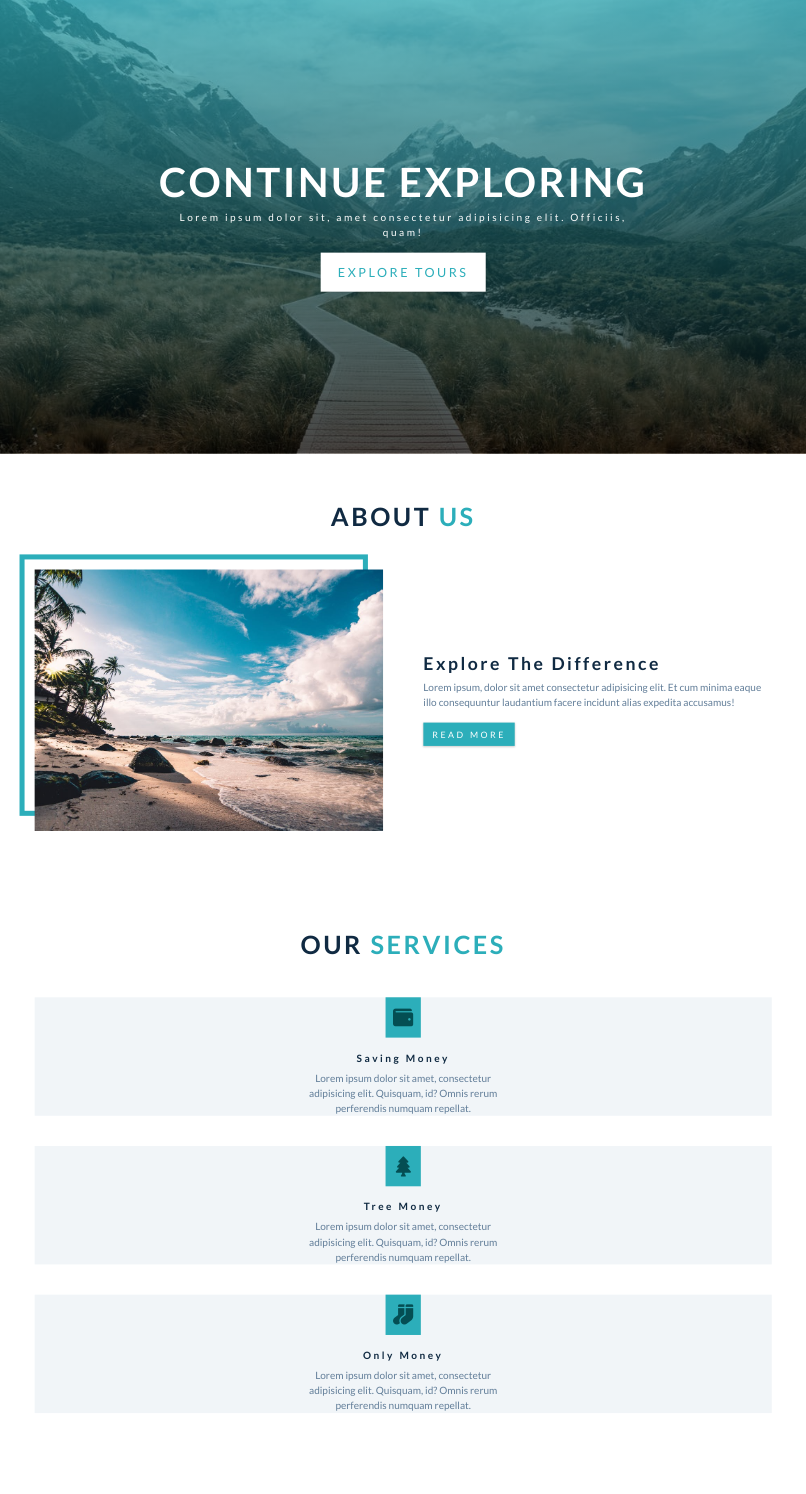
Repository: Ndifoinhilary/flexbox-project
Page: index.html
The author's editor kept a copy of each file at every save. The page is drawn from the files as they stood at one save, then again after the next save.
The browser window is 1280 px wide. The pictures show the whole page, at 63% of full size.

Above is the page before, as saved 2024-01-21 15:13:26.

### index.html
<!DOCTYPE html>
<html lang="en">
  <head>
    <meta charset="UTF-8" />
    <meta name="viewport" content="width=device-width, initial-scale=1.0" />
    <meta http-equiv="X-UA-Compatible" content="ie=edge" />
    <title>Backroads || Tour Company</title>
    <!-- favicon -->
    <link rel="shortcut icon" href="./images/favicon.ico" type="image/x-icon" />
    <!-- font-awesome -->
    <link rel="stylesheet" href="fontawesome-free-5.9.0-web/css/all.min.css" />
    <!-- styles css -->
    <link rel="stylesheet" href="./css/main.css" />
  </head>
  <body>
    <header id="home">
      <!-- nav bar -->
      <!-- end of nav bar -->
  <!-- hero section  -->
  <div class="hero">
    <div class="hero-banner">
      <h1>continue exploring</h1>
      <p>Lorem ipsum dolor sit, amet consectetur adipisicing elit. Officiis, quam!</p>
      <a href="#feature" class="btn hero-btn scroll-link ">explore tours</a>
    </div>
  </div>
   <!-- end of hero section  -->
    </header>
    <!-- end of header -->
   <!-- section -->
    <section class="section" id="about">
      <!-- section title -->
      <div class="section-title">
        <h2>about <span>us</span></h2>
      </div>
            <!-- section title -->
        <div class="section-center about-center">
          <!-- about image wrapper -->
          <article class="about-img">
            <img src="./images/about.jpeg"  class="about-photo" alt="awesome">
          </article>
          <!-- about infor -->
          <artilce class="about-info">
            <h3>explore the difference</h3>
            <p>Lorem ipsum, dolor sit amet consectetur adipisicing elit. Et cum minima eaque illo consequuntur laudantium facere incidunt alias expedita accusamus!</p>
            <a href="#" class="btn">read more</a>
          </artilce>
        </div>
    </section>
    <!-- end of about  section -->


    <!-- service section start -->

    <section class="section services" id="servics">
      <div class="section-title">
        <h2>our <span>services</span></h2>
      </div>
      <div class="section-center services-center">
        <!-- single service -->
        <article class="service">
          <span class="service-icon">
            <i class="fas fa-wallet fa-fw"></i>
          </span>
          <div class="service-info">
            <h4 class="service-title" >saving money</h4>
            <p class="service-text"> Lorem ipsum dolor sit
              amet, consectetur adipisicing elit. Quisquam, id?
               Omnis rerum perferendis numquam repellat.</p>
          </div>
        </article>
        <article class="service">
          <span class="service-icon">
            <i class="fas fa-tree fa-fw"></i>
          </span>
          <div class="service-info">
            <h4 class="service-title" >tree money</h4>
            <p class="service-text"> Lorem ipsum dolor sit
              amet, consectetur adipisicing elit. Quisquam, id?
               Omnis rerum perferendis numquam repellat.</p>
          </div>
        </article>
         <article class="service">
          <span class="service-icon">
            <i class="fas fa-socks fa-fw"></i>
          </span>
          <div class="service-info">
            <h4 class="service-title" >only  money</h4>
            <p class="service-text"> Lorem ipsum dolor sit
              amet, consectetur adipisicing elit. Quisquam, id?
               Omnis rerum perferendis numquam repellat.</p>
          </div>
        </article>
      </div>
      </section>



    <!-- end of service section start -->
  </body>
</html>

### css/main.css
/*
===============
Fonts
===============
*/
@import url("https://fonts.googleapis.com/css?family=Lato:400,700&display=swap");

/*
===============
Variables
===============
*/

:root {
  /* dark shades of primary color*/
  --clr-primary-1: hsl(184, 91%, 17%);
  --clr-primary-2: hsl(185, 84%, 25%);
  --clr-primary-3: hsl(185, 81%, 29%);
  --clr-primary-4: hsl(184, 77%, 34%);
  /* primary/main color */
  --clr-primary-5: hsl(185, 62%, 45%);
  /* lighter shades of primary color */
  --clr-primary-6: hsl(185, 57%, 50%);
  --clr-primary-7: hsl(184, 65%, 59%);
  --clr-primary-8: hsl(184, 80%, 74%);
  --clr-primary-9: hsl(185, 94%, 87%);
  --clr-primary-10: hsl(186, 100%, 94%);
  /* darkest grey - used for headings */
  --clr-grey-1: hsl(209, 61%, 16%);
  --clr-grey-2: hsl(211, 39%, 23%);
  --clr-grey-3: hsl(209, 34%, 30%);
  --clr-grey-4: hsl(209, 28%, 39%);
  /* grey used for paragraphs */
  --clr-grey-5: hsl(210, 22%, 49%);
  --clr-grey-6: hsl(209, 23%, 60%);
  --clr-grey-7: hsl(211, 27%, 70%);
  --clr-grey-8: hsl(210, 31%, 80%);
  --clr-grey-9: hsl(212, 33%, 89%);
  --clr-grey-10: hsl(210, 36%, 96%);
  --clr-white: #fff;
  --ff-primary: "Lato", sans-serif;
  --transition: all 0.3s linear;
  --spacing: 0.25rem;
  --radius: 0.5rem;
  --light-shadow: 0 5px 15px rgba(0, 0, 0, 0.1);
  --dark-shadow: 0 5px 15px rgba(0, 0, 0, 0.2);
}
/*
===============
Global Styles
===============
*/

* {
  margin: 0;
  padding: 0;
  box-sizing: border-box;
}
body {
  font-family: var(--ff-primary);
  background: var(--clr-white);
  color: var(--clr-grey-1);
  line-height: 1.5;
  font-size: 0.875rem;
}
a {
  text-decoration: none;
}
/* img:not(.nav-logo) {
  width: 100%;
  display: block;
} */
img {
  width: 100%;
  display: block;
}
h1,
h2,
h3,
h4 {
  letter-spacing: var(--spacing);
  text-transform: capitalize;
  line-height: 1.25;
  margin-bottom: 0.75rem;
}
h1 {
  font-size: 3rem;
}
h2 {
  font-size: 2rem;
}
h3 {
  font-size: 1.25rem;
}
h4 {
  font-size: 0.875rem;
}
p {
  margin-bottom: 1.25rem;
  color: var(--clr-grey-5);
}
@media screen and (min-width: 800px) {
  h1 {
    font-size: 4rem;
  }
  h2 {
    font-size: 2.5rem;
  }
  h3 {
    font-size: 1.75rem;
  }
  h4 {
    font-size: 1rem;
  }
  body {
    font-size: 1rem;
  }
  h1,
  h2,
  h3,
  h4 {
    line-height: 1;
  }
}
/*  global classes */

.btn {
  text-transform: uppercase;
  background: var(--clr-primary-5);
  color: var(--clr-white);
  padding: 0.375rem 0.75rem;
  letter-spacing: var(--spacing);
  display: inline-block;
  /* font-weight: 700; */
  transition: var(--transition);
  font-size: 0.875rem;
  border: 2px solid transparent;
  cursor: pointer;
  box-shadow: 0 1px 3px rgba(0, 0, 0, 0.2);
}
.btn:hover {
  color: var(--clr-primary-1);
  background: var(--clr-primary-8);
}
.section {
  padding: 5rem 0;
}
.section-title {
  text-align: center;
  margin-bottom: 4rem;
}
.section-title h2 {
  text-transform: uppercase;
}
.section-title span {
  color: var(--clr-primary-5);
}
.section-center {
  width: 90vw;
  margin: 0 auto;
  max-width: 1170px;
}
@media screen and (min-width: 992px) {
  .section-center {
    width: 95vw;
  }
}
/*
===============
Navbar
===============
*/

/*
===============
Hero
===============
*/
.hero {
  min-height: 100vh;
  background: var(--clr-primary-5);
  display: flex;
  justify-content: center;
  align-items: center;
}
.hero-banner {
  text-align: center;
  color: var(--clr-white);
  padding: 0 3rem;
}
.hero-banner h1 {
  text-transform: uppercase;
}
.hero-banner p {
  max-width: 35rem;
  margin-left: auto;
  margin-right: auto;
  color: var(--clr-white);
  letter-spacing: var(--spacing);
}
.hero-btn {
  padding: 0.9rem 1.6rem;
  font-size: 1.25rem;
  background: var(--clr-white);
  color: var(--clr-primary-5);
}
.hero-btn:hover {
  background: transparent;
  color: var(--clr-white);
  border-color: var(--clr-white);
}
@media screen and (min-width: 768px) {
  .hero {
    background: linear-gradient(rgb(44, 174, 186, 0.7), rgba(0, 0, 0, 0.7)),
      url("../images/main.jpeg") center/cover no-repeat;
  }
  .hero-banner {
    padding: 0;
  }
  .hero-banner p {
    max-width: 45rem;
  }
}
/*
===============
About
===============
*/
/* section add to globals */
/* title add to globals */
/* section center add to globals */
.about-img,
.about-info {
  margin-bottom: 2rem;
}
@media screen and (min-width: 992px) {
  .about-center {
    display: flex;
    justify-content: space-between;
    flex-wrap: wrap;
  }
  .about-img,
  .about-info {
    flex: 0 0 calc(50% - 2rem);
    margin-bottom: 0;
    align-self: center;
  }
}

@media screen and (min-width: 1170px) {
  .about-img::before{
    content: "";
    position: absolute;
    border: 0.5rem solid var(--clr-primary-5);
    box-sizing: border-box;
    height: 100%;
    width: 100%;
    top: -1.5rem;
    left: -1.5rem;

  }
  .about-img{
    position: relative;
  }
  .about-photo{
    position: relative ;
  }
}
/*
===============
Services
===============
*/
.service{
  background: var(--clr-grey-10);
}
.service{
  text-align: center;
  margin-bottom: 3rem;
}
.service-icon{
  background: var(--clr-primary-5);
  color: var(--clr-primary-1);
  padding: 0.5rem;
  display: inline-block;
  font-size: 2rem;
  margin-bottom: 1.5rem;
}

.service-text{
  max-width: 20rem;
  margin-left: auto;
  margin-right: auto;
}



@media screen  and (min-width) {
  .section-center{
    display: flex;
  }
}
/*
===============
Featured Tours
===============
*/
/*
===============
Deals
===============
*/
/*
===============
Gallery
===============
*/

/*
===============
Footer
===============
*/

Loaded but not shown: fontawesome-free-5.9.0-web/css/all.min.css (library)

After the next save:
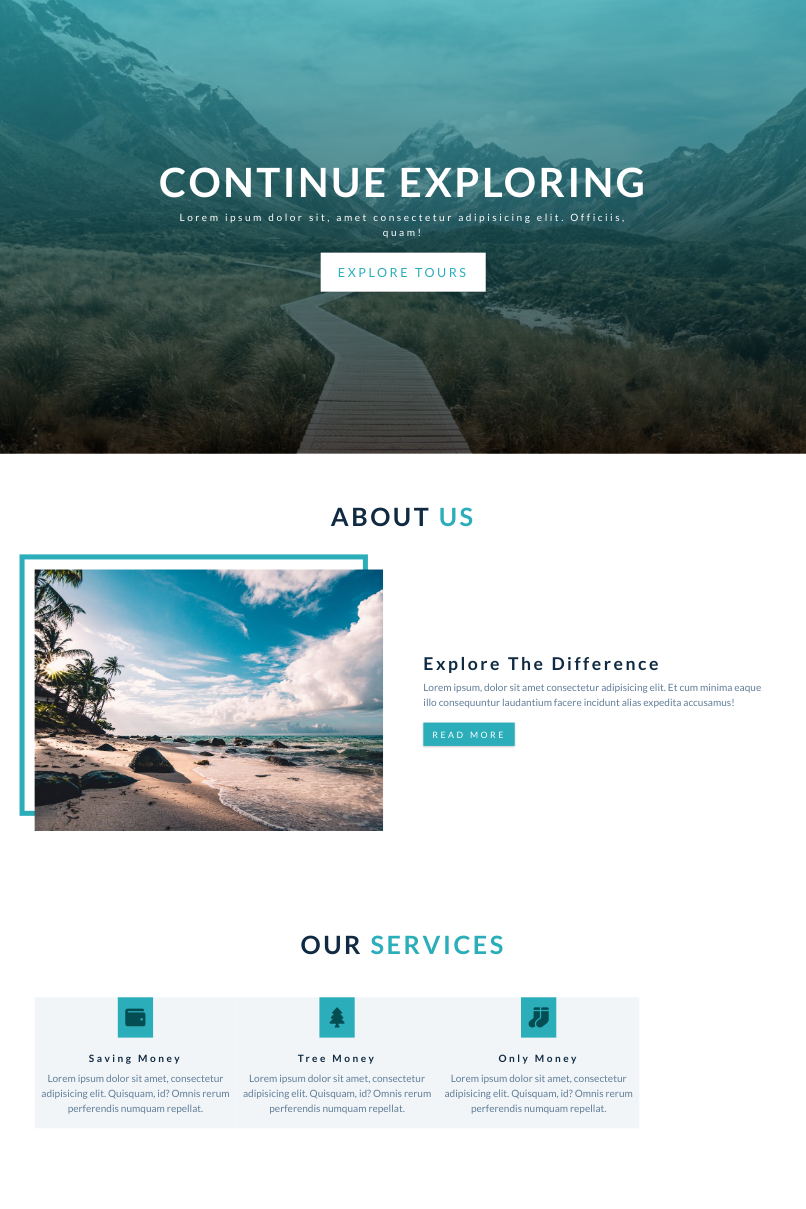
Saved 80 s later.
--- a/css/main.css
+++ b/css/main.css
@@ -295,7 +295,7 @@ Services
 
 
 
-@media screen  and (min-width) {
+@media screen  and (min-width:576px) {
   .section-center{
     display: flex;
   }
